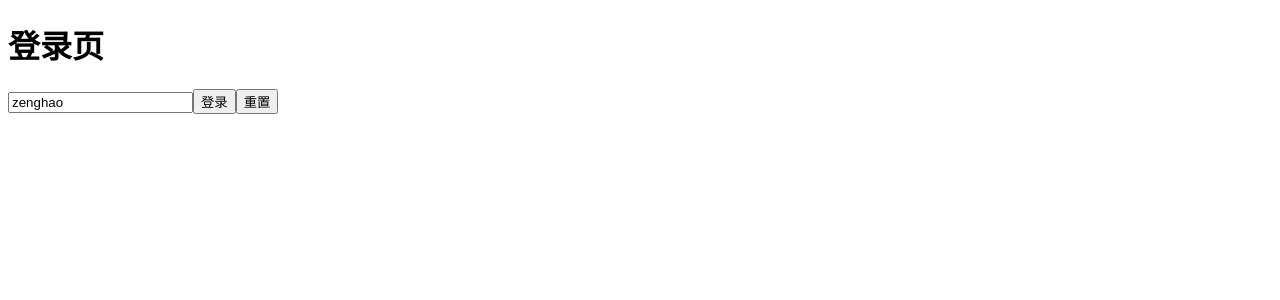
Repository: zenghao518518/React
Page: /
The author's editor kept a copy of each file at every save. The page is drawn from the files as they stood at one save, then again after the next save.
The browser window is 1280 px wide. The pictures show the whole page.
The project was rebuilt for these pictures with package versions that can differ from the ones it lists, and the page was loaded fresh each time.

Above is the page before, as saved 2023-07-17 16:28:58.

After the next save:
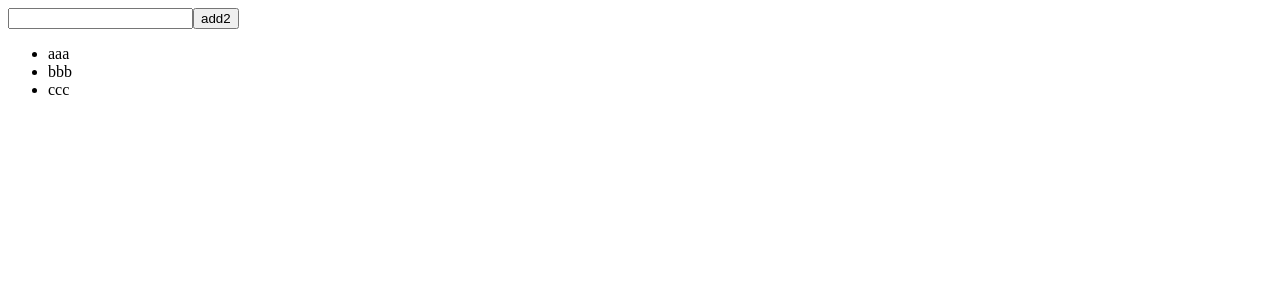
Saved 6 min 30 s later.
--- a/src/index.js
+++ b/src/index.js
@@ -12,9 +12,9 @@ import ReactDOM from 'react-dom/client'
 //import App from './01-base/07-ref'
 //import App from './01-base/08-state'
 //import App from './01-base/09-数组渲染'
-//import App from './01-base/10-todolist'
+import App from './01-base/10-todolist'
 //import App from './01-base/19-非受控'
-import App from './01-base/20-受控'
+//import App from './01-base/20-受控'
 let root = ReactDOM.createRoot(document.getElementById('root'));
 //root.render(<div>111111</div>);
 root.render(<React.StrictMode><App></App></React.StrictMode>);
